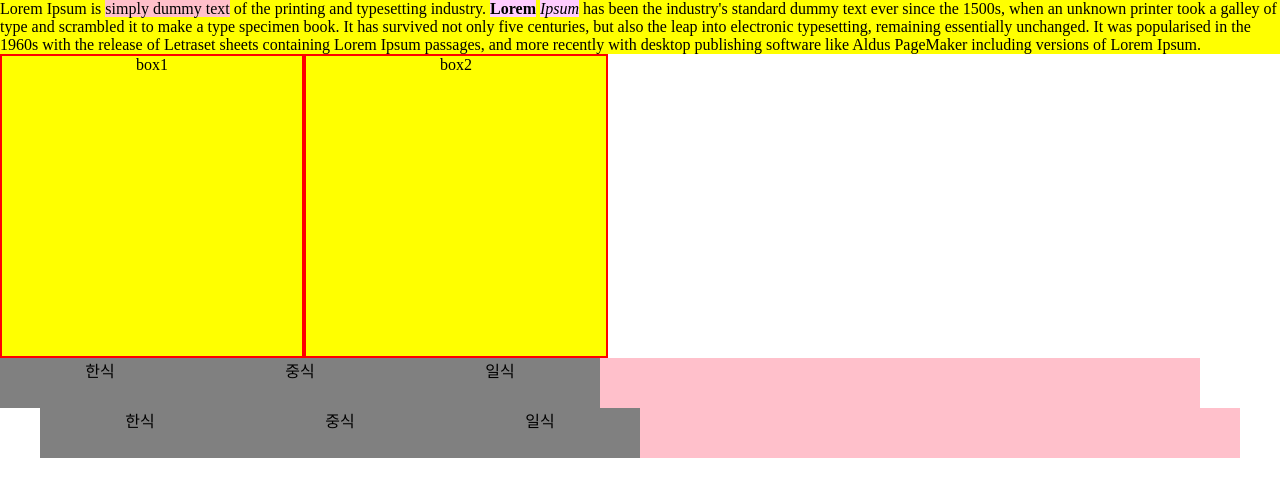
Repository: gwonjunsu95/html5
Page: html5/WebContent/day0401.html
The author's editor kept a copy of each file at every save. The page is drawn from the files as they stood at one save, then again after the next save.
The browser window is 1280 px wide. The pictures show the whole page.

Above is the page before, as saved 2020-04-21 05:15:51.

After the next save:
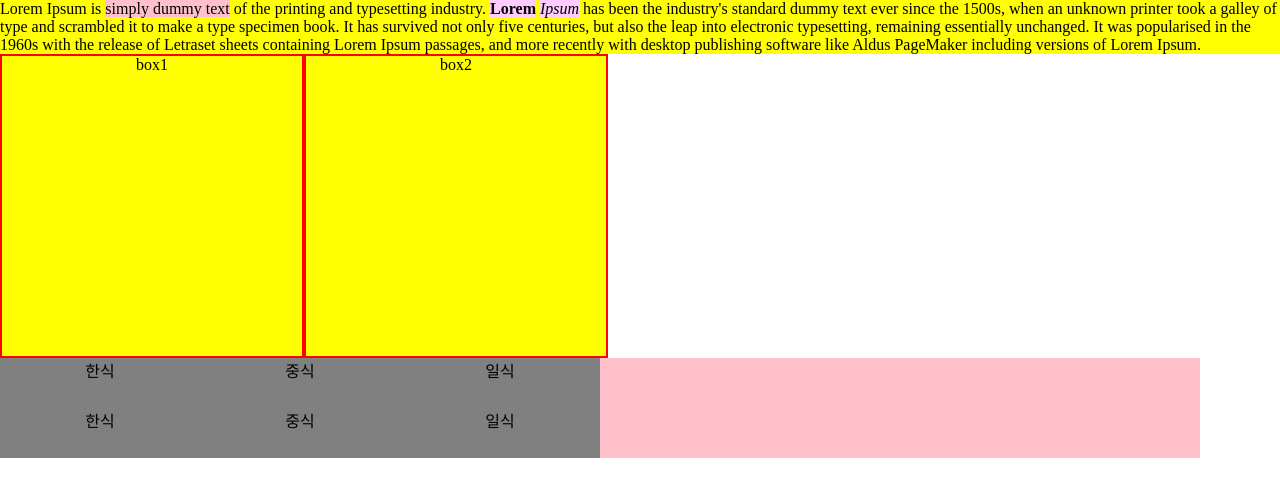
Saved 49 s later.
--- a/html5/WebContent/day0401.html
+++ b/html5/WebContent/day0401.html
@@ -60,6 +60,16 @@
 			background: yellow;
 			height: 50px;
 		}
+
+		.section1 {
+			width: 1200px;
+			background: #ffccff;
+			height: 50px;
+		}
+
+		.section1 > ul{
+			text-align: center;
+		}
 	</style>
 </head>
 <body>
